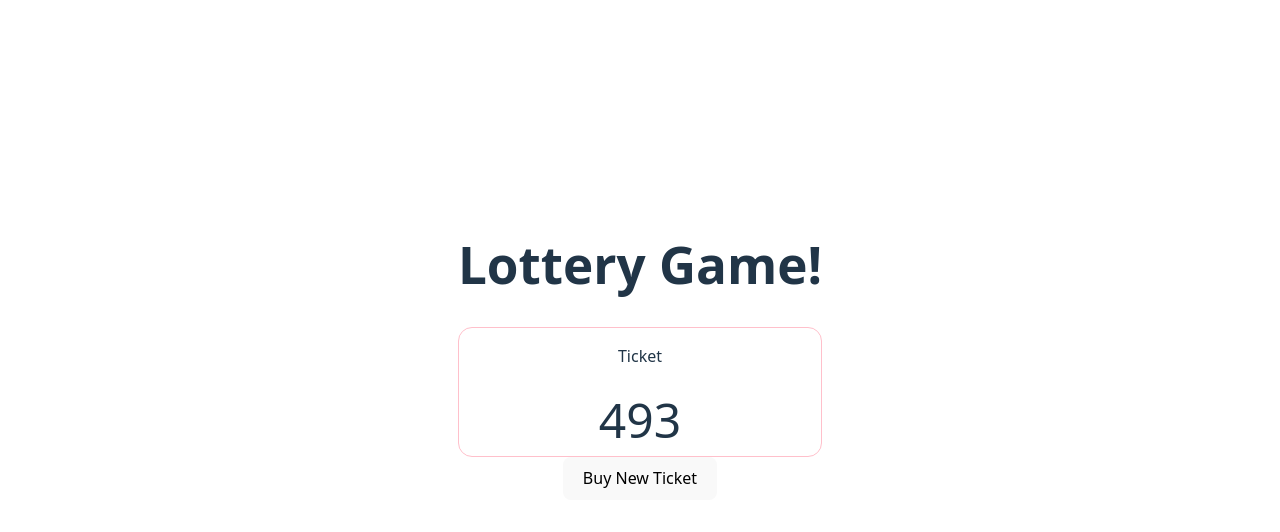
Repository: Ravikumar7210/Web_workspace
Page: / (app in React_Projects/Lottery/)
These files come from the project's save history. The page is drawn as it stood at one moment and after the next save; the edit follows.
The browser window is 1280 px wide. The pictures show the whole page.
The project was rebuilt for these pictures with package versions that can differ from the ones it lists, and the page was loaded fresh each time. Also part of the build but not shown: React_Projects/Lottery/vite.config.js.

Above is the page before, as saved 2025-04-07 18:02:17.

### React_Projects/Lottery/src/App.jsx

import Lottery from './Lottery'
import './App.css';

function App() {

  return (
    <>
    <Lottery/>
  </>
  );

}
export default App

### React_Projects/Lottery/src/Lottery.jsx
import {useState} from 'react';
import { genTicket, sum } from './helper';
import Ticket from "./Ticket"
export default  function Lottery({n =3,winningSum=15}) {

let [ticket, setTicket] = useState(genTicket(n));
let isWinning = sum(ticket) === winningSum;

let buyTicket = () => {
    setTicket(genTicket(n));
} ;

return (
<div>
 <h1>Lottery Game!</h1>
   <Ticket ticket={ticket}/>
  <button onClick={buyTicket}>Buy New Ticket </button>
  <h3> {isWinning && "Congratulations, You won!"}</h3>
</div>
);

}

### React_Projects/Lottery/src/helper.js
function genTicket(n){
    let arr = new Array(n);
    for (let i= 0; i<n; i++){
        arr[i]= Math.floor(Math.random() * 10);
       }
       return arr;
}

function sum(arr){
 return arr.reduce((sum, curr) => sum + curr , 0);
}

export {genTicket, sum};

### React_Projects/Lottery/src/Ticket.jsx
import TicketNum from "./TicketNum";
import "./Ticket.css"

export default function Ticket({ticket}) {

    return (
        <div className="Ticket">
        <p>Ticket</p>
        {ticket.map ((num, idx) =>(
            <TicketNum num={num} key={idx}/>
        ))}
        </div>
        );
}

### React_Projects/Lottery/src/TicketNum.jsx
import "./TicketNum.css"
export default function TicketNum({num}) {
    return (<span className="TicketNum">{num}</span>)
}

### React_Projects/Lottery/src/Ticket.css
.Ticket {
    border: 1px solid pink;
    border-radius: 14px;
}

### React_Projects/Lottery/src/TicketNum.css
.TicketNum {
    font-size: 3rem;

}

Loaded but not shown: React_Projects/Lottery/index.html (common file); React_Projects/Lottery/src/main.jsx (common file); React_Projects/Lottery/src/index.css (common file); React_Projects/Lottery/src/App.css (common file)

After the next save:
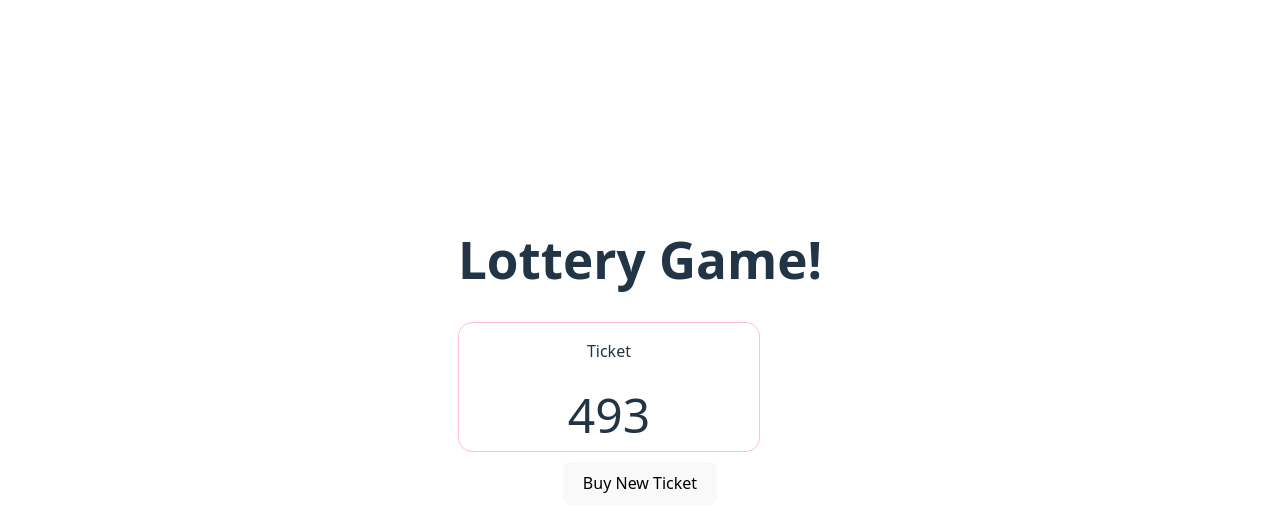
Saved 49 s later.
--- a/React_Projects/Lottery/src/Ticket.css
+++ b/React_Projects/Lottery/src/Ticket.css
@@ -1,4 +1,7 @@
 .Ticket {
     border: 1px solid pink;
     border-radius: 14px;
+    width: 300px;
+    margin-bottom: 10px;
+
 }
